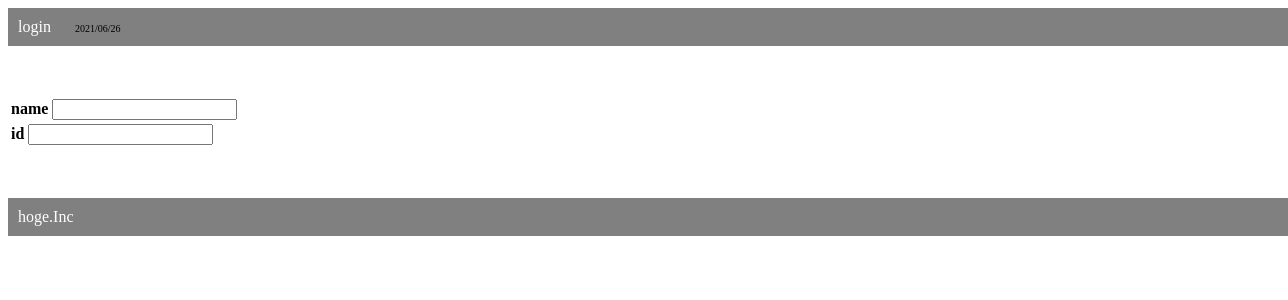
Repository: genki-iwai/curriculum
Page: http://localhost/Check3/
An editor plug-in stored every save of this project. The page is shown before and after the next save, followed by the edit.
The browser window is 1280 px wide. The page is 1288 px wide, so the pictures cover 1288 px, including what lies to the right of the window. The pictures show the whole page.
The page is served by Tomcat 9.

Above is the page before, as saved 2021-07-04 02:03:05.

After the next save:
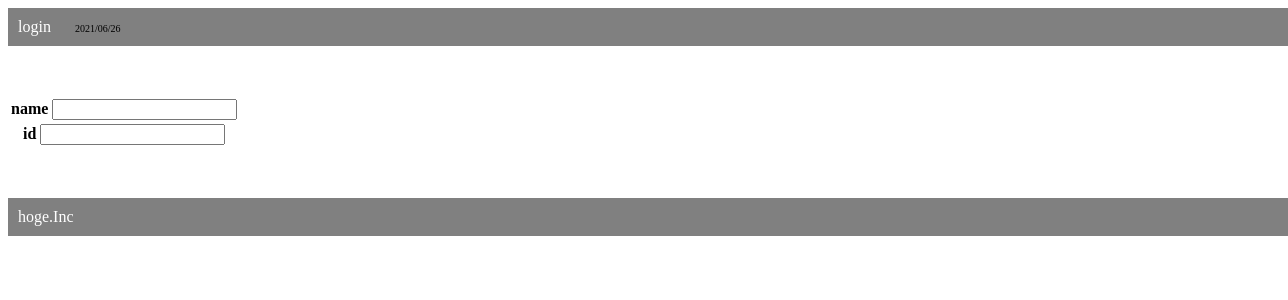
Saved 65 s later.
--- a/JavaStudy/Check3/WebContent/jspTest.jsp
+++ b/JavaStudy/Check3/WebContent/jspTest.jsp
@@ -16,7 +16,7 @@
 				<th>name <input type = "text"></th>
 			</tr>
 			<tr>
-				<th>id <input type = "text">&emsp;&ensp;</th>
+				<th>id <input type = "text"></th>
 			</tr>
 		</table>
 	</div>
